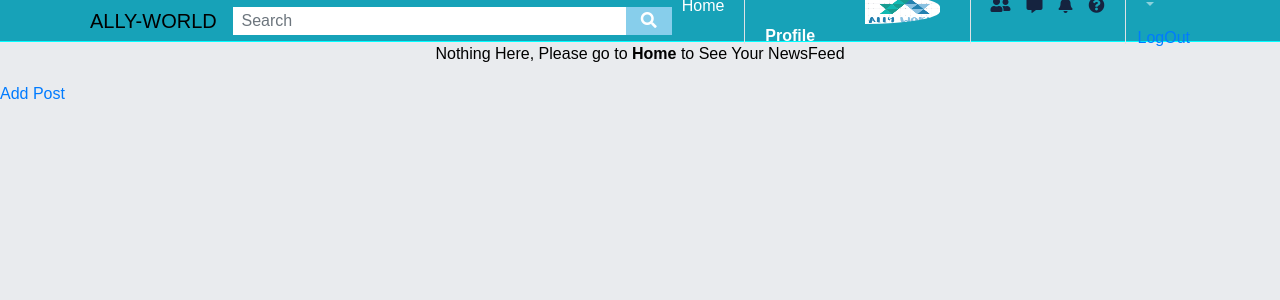
Repository: Mrudula666/allyworldexperimental
Page: http://localhost/website/WEB-INF/jsp/home.jsp
The author's editor kept a copy of each file at every save. The page is drawn from the files as they stood at one save, then again after the next save.
The browser window is 1280 px wide. The pictures show the whole page.
The page is served by Tomcat 9. Nobody is signed in. Other server files are loaded and not shown. The template is opened directly, without the code that normally fills it, so the values that code supplies are empty.

Above is the page before, as saved 2019-02-17 07:34:00.

### website/src/main/webapp/WEB-INF/jsp/home.jsp
<%@ page language="java" contentType="text/html; charset=ISO-8859-1"
    pageEncoding="ISO-8859-1"%>
<!doctype html>
<html lang="en">
  <head>
    <!-- Required meta tags -->
    <meta charset="utf-8">
    <meta name="viewport" content="width=device-width, initial-scale=1, shrink-to-fit=no">

    <!-- Bootstrap CSS -->
    <link rel="stylesheet" href="https://stackpath.bootstrapcdn.com/bootstrap/4.3.0/css/bootstrap.min.css" integrity="sha384-PDle/QlgIONtM1aqA2Qemk5gPOE7wFq8+Em+G/hmo5Iq0CCmYZLv3fVRDJ4MMwEA" crossorigin="anonymous">
      <link href="css/style.css" media="screen" rel="stylesheet">
      <link rel="stylesheet" href="https://use.fontawesome.com/releases/v5.7.1/css/all.css"
integrity="sha384-fnmOCqbTlWIlj8LyTjo7mOUStjsKC4pOpQbqyi7RrhN7udi9RwhKkMHpvLbHG9Sr" crossorigin="anonymous">
    <title>Hello, world!</title>
  </head>
  <body>

  <nav class="navbar navbar-expand-sm bg-info navbar-dark fb-nav">
<div class="wrapper">
<button class="navbar-toggler" type="button" data-toggle="collapse" data-target="#navbarsExampleDefault" aria-controls="navbarsExampleDefault" aria-expanded="false" aria-label="Toggle navigation">
<span class="navbar-toggler-icon"></span>
</button>

<div class="collapse navbar-collapse" id="navbarsExampleDefault">
<a class="navbar-brand" >ALLY-WORLD</a>
<form class="form-inline top-form">
<input class="form-control" type="text" placeholder="Search" aria-label="Search">
<button class="btn btn-secondary " type="submit"><i class="fas fa-search"> </i></button>
</form>
<ul class="navbar-nav ml-auto">
<li class="nav-item active">
<a class="nav-link" href="home">Home</a>
</li>
<span class="border-right"></span>
<li class="nav-item active">
<a class="nav-link" href="profile"><img src="../../../assets/img/ally.png" width="30" height="30"
style="border-radius: 50%" alt=""><strong>Profile</strong></a>
</li>
<span class="border-right"></span>
<li class="nav-item">
<a class="nav-link" href="#"><i class="fas fa-user-friends"></i></a>
</li>
<li class="nav-item">
<a class="nav-link" routerLink="https://localhost:8080"><i class="fas fa-comment-alt"></i></a>
</li>
<li class="nav-item">
<a class="nav-link" href="#"><i class="fas fa-bell"></i></a>
</li>
<li class="nav-item">
<a class="nav-link" href="#"><i class="fas fa-question-circle"></i></a>
</li>
<span class="border-right"></span>
<li class="nav-item dropdown">
<a class="nav-link dropdown-toggle" href="#" id="dropdown01" data-toggle="dropdown" aria-haspopup="true" aria-expanded="false"></a>
<div >
<a href="logout">LogOut</a>
</div>
</li>
</ul>
</div>
</div>
</nav>

<div class ="wrapper" >
</div>
<p align="center"> Nothing Here, Please go to <b> Home</b> to See Your NewsFeed</p>
<a href="addPost">Add Post</a>

  </body>
</html>

### website/src/main/resources/static/css/style.css
* {
    margin: 0;
}

@font-face {
    font-family: 'klavika';
    src: url(../fonts/klavika.otf) format('truetype')
}

@font-face {
    font-family: 'Helvetica';
    src: url(../fonts/Helvetica.otf) format('truetype')
}

body {
    font: 12px;
    color: #000;
    margin: 0px;
    max-width: 1440px;
    font-family: 'Helvetica';
}

header {
    height: 80px;
    background-color: #22569c;
}

.hd-main {
    display: grid;
    grid-template-columns: 60% 40%;
}


.logo-text {
    position: relative;
    font-size: 45px;
    color: #ffff;
    font-family: 'klavika';
    padding-left: 240px;
    top: 30%;

}

.login{
    display: grid;
    grid-template-columns: 80% 20%;
}

.login-1{
    display: grid;
    grid-template-columns: 40% 40% 20%;
}

.email.login {
   padding-right: 0px;
}

.login {
    padding-left: 0px;
}
.el-1 {
    font-size: 13px;
    color: #fff;
    padding-left: 0px;
    padding-top: 9px;
}

.sd-2 {
    font-size: 13px;
    width: 80%;
    color: #fff;
    padding-top: 9px;
}

.sd-2-2 {
    font-size: 13px;
    color: #95b5e1;
}

.submit-login {
    display: flex;
    align-items: center;
    justify-content: flex-start;

}

input[type=submit] {
    width: 60%;
    background-color: #1565C0;
    color: white;
    border: 1px solid black;
    border-radius: 4px;
    cursor: pointer;
}

input[type=text] {
    width: 95%;
    margin: 5px 0px 5px 0px;
    padding: 2%;
}

section {
    height: 620px;
    background-color: white;
    background-image: linear-gradient(white, rgb(211, 216, 232));

}
.main-body {
    display: grid;
    grid-template-columns: 10% 40% 45% 5%;
}

.desc {
    color: #1A4876;
    font-size: 20px;
    padding-left: 98px;
    padding-top: 45px;
    font-weight: bold;
    line-height: 29px;
}

img {
    width: 95%;
    padding-left: 100px;
}

.body-2 {
    padding-left: 120px;
}

.df {
    font-size: 36;
    font-weight: bold;
    padding-top: 30px;
}

.gt {
    font-size: 19px;
    padding-top: 6px;
    padding-bottom: 12px;
}

.fr-1 input[type=text] {
    width: 40%;
    margin: 5px 5px 10px 0px;
    padding: 2.5%;
    border-radius: 5px;
}

.fr-2 input[type=text] {
    width: 82%;
    padding: 2.5%;
    border-radius: 5px;
}


select {
    margin-top: 5px;
}
.date {
    width: 80px;
    height: 28px;
}

.month {
    width: 60px;
    height: 28px;
}

.year {
    width: 60px;
    height: 28px;
}

.lhr {
    font-size: 18px;
    padding-top: 10px;
}

.cb-bx {
    display: grid;
    grid-template-columns: 40% 60%;
    padding-top: 10px;
}

a {
    text-decoration: none;
}

a .rsn {
    font-size: 12px;
    color: #22569c;
    padding-left: 5px;
}

.action{
    font-size: 18px;
    padding-top: 15px;
    word-spacing: 2px;
}

.confirm {
    font-size: 11px;
    padding-top: 15px;
    color: #979797;
}

.sbmt input[type=submit] {
    width: 40%;
    height: 42px;
    background-color: green;
    color: white;
    border: 1px solid black;
    border-radius: 4px;
    cursor: pointer;
    margin-top: 20px;
    font-size: 17px;
    font-weight: bold;
}

.cls {
    font-size: 14px;
    padding-top: 20px;
    padding-left: 0px;
}

.ft-1 {
    width: 70%;
    margin-left: 17%;
    padding-bottom: 20px;
    padding-top: 20px;
    border-bottom: 1px solid #dedede;
}

.ft-1 a {
    padding-left: 0;
    padding-right: 8px;
    font-size: 12px;
    padding-top: 10px;
    text-decoration: none;
    color: #22569c;
}

.ft-2 {
    width: 70%;
    margin-left: 17%;
    padding-bottom: 20px;
    padding-top: 20px;
}

.ft-2 a {
    padding-left: 0px;
    padding-right: 40px;
    font-size: 12px;
    padding-top: 0px;
    text-decoration: none;
    color: #22569c;
}
html {
    overflow: hidden;
    height: 100%;
}
body {
   font-family: "Lucida", sans-serif;
   background-color: #e9ebee;
   height: 100%;
   overflow: auto;
   -webkit-user-select: none;
   -moz-user-select: none;
   -ms-user-select: none;
}
#topbar {
   z-index: 2;
   position: fixed;
   top: 0px;
   width: 100%; height: 42px;
   background-color: #3b5998;
   margin: auto;
   margin-bottom:50px;
}


#f {
   position: absolute;
   top: 7px;
   margin-left:5px;
   border-radius: 4px;
   width: 25px; height: 26px;
   background-color: #ffffff;
   color: #3b5998;
   font-size: 2em; font-style: bold;
   text-align: center;
   overflow: hidden;
}
#search {
   position: absolute;
   top: 7px;
   padding-top:7px; padding-left: 10px;
   margin-left: 35px;
   border-radius: 4px;
   width: 400px; height: 19px;
   background-color: #ffffff;
   font-size:.85em;

}
#search p{
   color: #999999;
   transition: 3s ease-in-out;
}
#search p:hover{
   color: white;
   transition: 3s ease-in-out;
}
.leftcol {
   position: fixed;
   top: 50px;
   height: 100%;
   font-size: .75em;
}

.leftcol a {
   color: black;
}
.leftcol img {
   padding-right: 5px;
   border: 0px;
}
.leftcol p{
   color: #6a6a6a;
   padding-top: 15px;
   font-size: .95em;
}
.leftcol li {
   padding: 5px;
   transition: .25s ease-in-out;
}
.leftcol li:hover {
   background-color: #dddfe2;
   border-radius: 4px;
   transition: .25s ease-in-out;
}
.woym {
   position: relative;
   top: 10px;
   margin-left: 150px;
   margin-top: 40px;
   padding-top: 10px;
   width: 565px;
   height: 145px;
   font-size:.85em;
   background-color: white;
   border: .25px solid #ccc;
   border-radius: 4px;
}
.woym a {
   padding-left: 12px;
   font-weight: bold;
   color: #3b5998;
}
.woym a:hover {
   color: #2f4562;
}
.woym hr {
   border: 0px;
   background-color: #d0d0d0;
   height: 1px;
}
.woym p {
   padding: 30px 0 30px 12px;
   color: #999999;
   transition: 3s ease-in-out;
}
.woym p:hover{
   color: white;
   transition: 3s ease-in-out;
}
.woym img{
   float: left;
   margin: 12px 12px;
   border: .10px solid #cccccc;
}
#groupwoym {
   margin-top: 10px;
}
#postbtn {
   position: absolute;
   right: 5px;
   border: none;
   border-radius: 4px;
   height: 22px; width: 50px;
   background-color: #3b5998;
   outline: none;
   font-size: .95em;
   color: white;
}
#postbtn:hover {
   background-color: #4060a4;
   box-shadow: 0px 0px 5px #273a62 inset;
   transition: linear .25s;
   cursor: pointer;
}
#postbtn:active {
   background-color: #30487b;
   transition: linear .25s;
   cursor: pointer;
}
#okbtn {
   position: absolute;
   right: 10px; bottom:40px;
   border: none;
   border-radius: 4px;
   height: 22px; width: 50px;
   background-color: #3b5998;
   outline: none;
   font-size: .95em;
   color: white;
}
#okbtn:hover {
   background-color: #4060a4;
   box-shadow: 0px 0px 5px #273a62 inset;
   transition: linear .25s;
   cursor: pointer;
}
#okbtn:active {
   background-color: #30487b;
   transition: linear .2s;
}
.errormodal {
   position: fixed;
   left: 0; top: 0;
   display: none;
   z-index: 20;
   width: 100%;
   height: 100%;
   overflow: auto;
   background-color: rgba(0,0,0,0.25);
}
.error-content {
   position: relative;
   background-color: #3b5998;
   margin: auto;
   margin-top: 150px;
   border: 1px solid #888;
   border-radius: 4px;
   width: 400px; height: 175px;
   overflow: hidden;
   box-shadow: 0px 0px 5px #666;
   font-size: .85em;
}
.error-content h1 {
   position: absolute;
   top: 10px; left: 10px;
   color: white;
   font-weight: bold;
}
#nouser {
   position: absolute;
   top: 30px;
   width: 100%; height: 175px;
   background-color: #e5e7e7;
}
#nouser h2 {
   background-color: white;
   height: 60px;
   padding-top: 45px;
   border-bottom: 1px solid #888;
   font-weight: normal;
   text-align: center;
}
.close {
    color: #afbdd4;
    position: absolute;
    top: 5px; right: 10px;
    font-size: 20px;
}
.close:hover, .close:focus {
   color: white;
   cursor: pointer;
   transition: linear .2s;
}

.post {
   position: relative;
   width:565px;
   margin-left: 150px;
   margin-top: 20px;
   font-size:.85em;
   background-color: white;
   border: .25px solid #ccc;
   border-radius: 4px;
}
.postbody {
   position: relative;
   height: 100px; width: 545px;
   background-color: white;
   border-radius: 4px;
}
.post a {
   position: absolute;
   top: 15px; left: 80px;
   font-weight: bold;
   color: #3b5998;
}
.post h1 {
   margin-top: 40px;
   margin-left: 80px;
   font-size:.8em;
   color: #999999;

}
.post h2{
   margin: 20px 10px 0 10px;
   font-weight: normal;
   color: white;
   transition:3s ease-in-out;
}
.post h2:hover{
   color: black;
   transition: 3s ease-in-out;
}
.post p {
   margin: 10px 20px 20px 15px;
   color: #999999;
}
.post img {
   border: .25px solid #ccc;
   position: absolute;
   top: 10px; left: 18px;
}
#imgpost {
   margin:auto;
   height: 445px; width: 545px;
}

#imgpost img{
   position: absolute;
   left: 10px; top: 0px;
}

#grouppost{
   position: relative;
   top: 270px;
   height: 180px;
   margin-left: 150px;
   margin-top: 10px;
   padding-top: 10px;
   width:565px;
   font-size:.85em;
   background-color: white;
   border: .25px solid #ccc;
   border-radius: 4px;
}
#grouppost h1{
   margin-top: 32px;
   margin-left: 75px;
   font-weight: normal;
}
#grouppost h2{
   margin-top: 25px;
   margin-left: 75px;
   font-weight: normal;
}
#grouppost img {
   border: .25px solid #ccc;
   position: absolute;
   top: 7px; left: 7px;
}
#comment {
   position: absolute;
   bottom: 10px; left: 10px;
   border: .25px solid #ccc;
   width: 545px; height: 60px;
   background-color: #f6f7f9;
   border-radius: 2px;
   overflow: hidden;
}
#comment img{
   border: .25px solid #ccc;
   position: absolute;
   top:7px; left: 7px;
}
#comment p {
   padding: 14px 0 0 10px;
   margin-left: 70px;
   background-color: white;
   height: 26px;
   width: 450px;
   border: .25px solid #ccc;
   border-radius: 2px;
   color: #999999;
   transition: 3s ease-in-out;
}
#comment p:hover {
   color: white;
   transition: 3s ease-in-out;
}
#openchat {
   position: fixed;
   bottom:0px; right:8px;
   background-color: #f6f7f9;
   border: .25px solid #ccc;
   border-bottom: 0px;
   z-index: 10;
   border-top-right-radius: 3px;
   border-top-left-radius: 3px;
   padding: 2px 2px 8px 0;
   width: 190px; height: 20px;
}
#openchat button{
   border: 0px;
   background-color: transparent;
   outline: none;
   font-weight: bold;
}
#openchat:hover {
   background-color: #fbfcfe;
   box-shadow: 0px -2px 5px #d1d2d4 inset;
   transition: .5s;
}
#openchat:active {
   background-color: #e9ebee;
   box-shadow: 0px -2px 5px #d1d2d4 inset;
   transition: .5s;
}
#greendot {
   color: green;
   font-size: 1.5em;
}
.chatmodal {
   position: fixed;
   left: 0; top: 0;
   display: none;
   z-index: 20;
   width: 100%;
   height: 100%;
   overflow: auto;
}
.chat-content {
   position: absolute;
   bottom: 0px; right: 5px;
   background-color: white;
   margin-top: 100px;
   border: .25px solid #d0d0d0;
   border-bottom: 0px;
   border-top-left-radius: 4px;
   border-top-right-radius: 4px;
   width: 200px; height: 260px;
   overflow: hidden;
   box-shadow: 0px 0px 10px #666;
}
.chat-content a{
   color: black;
}
#closechat {
   width: 100%;
   height: 23px;
   background-color: #3b5998;
   color: white;
}
#closechat p{
   padding: 5px;
   font-size: .85em;
}
#closechat:hover {
   background-color: #4060a4;
   box-shadow: 0px 0px 5px #273a62 inset;
   transition: linear .25s;
   cursor: pointer;
}
#closechat:active {
   background-color: #30487b;
   transition: linear .25s;
   cursor: pointer;
}
.chat-content button {
   float: right;
   border: 0px;
   background-color: transparent;
   outline: none;
   color: white;
   font-size: 1em;
}
#chatuser{
   position: relative;
   width: 100%;
   padding: 4px 0 2px 4px;
}
#chatuser a{
   position: absolute;
   top: 13px; left: 45px;
   font-size: .85em;
}
#chatuser span {
   position: absolute;
   top: 7px; right: 10px;
}
#chatuser img {
   border: .10px solid #cccccc;
}
#searchchat {
   width: 100%;
   height: 100%;
   border-top: 1px solid #cccccc;
   font-size: .85em;
   padding: 8px 5px;
}
#searchchat i{
   font-size: .95em;
   margin-right: 5px;
}
#searchchat p{
   color: #999999;
   transition: 3s ease-in-out;
}
 #searchchat p:hover {
    color: white;
   transition: 3s ease-in-out;
}

#maincontent {
   position: relative;
   width: 1000px;
   height: 100%;
   margin: auto;
}
#mainprofilecontent {
   position: relative;
   width: 80%;
   height: 100%;
   margin: auto;
}
#coverphoto{
   width:100%;
   margin: auto;
   height: 322px;
   background: (top, rgb(233,235,238) 0%, rgb(196,204,221) 100%);
   background: -webkit-linear-gradient(top, rgb(233,235,238) 0%,rgb(196,204,221) 100%);
   background: linear-gradient(to bottom, rgb(233,235,238) 0%,rgb(196,204,221) 100%);
   overflow: hidden;

}
#coverphoto img{
   z-index: 1;
   position: absolute;
   top: 150px; left: 25px;
   border: 4px solid white;
   border-radius: 4px;
   box-shadow: 0px 0px 2px #666;
}
#coverphoto h1{
   z-index: 1;
   position: absolute;
   top: 230px; left: 190px;
   font-size: 1.75em;
   color: white;
   text-shadow: 0px 0px 2px #666;
}
#coverbottom {
   z-index: 0;
   position: absolute;
   top: 277px; left:0;
   width: 100%; height:45px;
   background-color: white;
}
#groupcover{
   position: relative;
   top:10px; left: 150px;
   height: 250px;
   width: 839px;
   background: (top, rgb(233,235,238) 0%, rgb(196,204,221) 100%);
   background: -webkit-linear-gradient(top, rgb(233,235,238) 0%,rgb(196,204,221) 100%);
   background: linear-gradient(to bottom, rgb(233,235,238) 0%,rgb(196,204,221) 100%);
}
#groupcover img{
   position: absolute;
   top: 160px; left: 10px;
   border: 5px solid white;
   border-radius: 4px;
}
#groupcover h1{
   position: absolute;
   top: 280px; left: 180px;
   font-size: 1.75dsem;
   color: white;
   text-shadow:
}
#profilepost{
   white-space: nowrap;
   position: absolute;
   right: 0px;
   margin-top: 10px;
   width: 68%;
   height: 175px;
   font-size:.85em;
   background-color: white;
   border: .25px solid #ccc;
   border-radius: 4px;
}
#profilepost button{
   position: absolute;
   bottom: 7px; right: 7px;
}
#profilepost a:hover {
   color: #2f4562;
   transition: .25s ease-in-out;
}
#profileposthead {
   padding: 10px 5px;
   height: 20px;
   background-color: #f6f7f9;
   border-top-left-radius: 4px;
   border-top-right-radius: 4px;
   border-bottom: 1px solid #cccccc;
   overflow: hidden;
}
#profileposthead a{
   padding: 0 20px 0 0;
   font-weight: bold;
   color: #3b5998;
}
#profilepostbody {
   height: 97px; width: 100%;
   background-color: white;
   border-bottom: 1px solid #cccccc;
}
#profilepostbody img{
   position: absolute;
   top: 65px; left: 10px;
   border: .10px solid #cccccc;
}
#profilepostbody p{
   position: absolute;
   top: 80px; left: 70px;
   color: #999999;
   transition: 3s ease-in-out;
}
#profilepostbody p:hover{
   color: white;
   transition: 3s ease-in-out;
}

.profileinfo {
   position: absolute;
   top:0px; left:0px;
   margin-top:332px;
   width: 30%;
   background-color: white;
   border: .25px solid #cccccc;
   border-radius: 4px;
   font-size: .95em;
   overflow: hidden;
}
.profileinfo img{
   padding-left: 10px; padding-top: 10px;
   display: inline-block;
}
.profileinfo h1{
   color: #4b4f56;
   position: absolute;
   top:15px; left: 45px;
   display: inline-block;
}
.profileinfo p{
   position: absolute;
   top:18px; left: 100px;
   color: #999999;
   display: inline-block;
   font-size: .9em;
}
.profileinfo i{
   color: #a6aab3;
   font-size: 1em;
   padding: 11px 12px 0 12px;
}
.profileinfo li{
   color: black;
   font-size: .85em;
}
.profileinfo a{
   color: #3b5998;
}
#profileintro{
   white-space: nowrap;
   height: 100px;
}
#profilephotos{
   top: 110px;
   height: 300px;
}
#profilefriends {
   top: 420px;
   height: 300px;
}
#profileinfocontents {
   margin: 0 auto;
   margin-top: 10px;
   height: 240px; width:90%;
   border: .25px solid #cccccc;
   overflow: hidden;
}
#profileinfocontents img{
   width: 90%;
}
#profileinfocontents:hover{
   cursor: wait;
}
.rightcol {
   position: absolute;
   top: 10px; right: 10px;
   width: 260px;
   height: 920px;
   background-color: white;
   border: 1px solid #cccccc;
   border-radius: 4px;
   font-size: .75em;
   overflow: scroll;
}
#eventinvites{
   color:#385996;
   font-weight: bold;
   position: absolute;
   top: 15px; left: 50px;
}
.rightcol a{
   color:#385996;
   font-weight: bold;
   padding: 2px 0px 5px 0px;
}
.rightcol li{
   color:#5b93fc;
   padding: 2px 10px;
}
.rightcol i{
   font-size:1.5em;
   color:#5b93fc;
   padding: 2px 10px;
}
.rightcol img{
   margin: 10px;
}
.rightcol h1{
   color: #999999;
}
.rightcol h2{
   color:#385996;
}
.rightcol p{
   padding: 2px 0px 5px 40px;
   color: #999999;
}
.rightcol hr {
   border: 0px;
   background-color: #d0d0d0;
   height: 1px;
   width:240px;
   margin: 5px auto;
}
#grouprightcol {
   position: absolute;
   top: 270px; right: 10px;
   width: 260px;
   height: 760px;
   background-color: white;
   border: 1px solid #cccccc;
   border-radius: 4px;
   font-size: .75em;
   overflow: scroll;
}
.fb-nav {
height: 42px !important;
background-color: aquamarine;
border-bottom: 1px solid aqua;
}

.fb-nav a {
color: rgb(red, green, blue);
}

.top-form input[type="text"] {
width: 393px;
height: 28px;
border: none;
border-radius: 0;
outline: none;

}

.top-form input[type="text"] :focus {
border-color: transparent;
}

.top-form button {
width: 46px;
height: 28px;
border: none;
border-radius: 0;
outline: none;
background-color: skyblue;
padding: 0;
}

.border-right {
border-right: 0.5px solid #15233f;
margin: 12px;
}

.collapse ul li a i {
color: #15233f;
}

.wrapper {
width: 1100px ;
margin: 0 auto;
}

@media(max-width:994px){
.top-form input[type="text"]{
width: auto;
}
.fb-nav, .wrapper {
min-width: 994px;
}
}

After the next save:
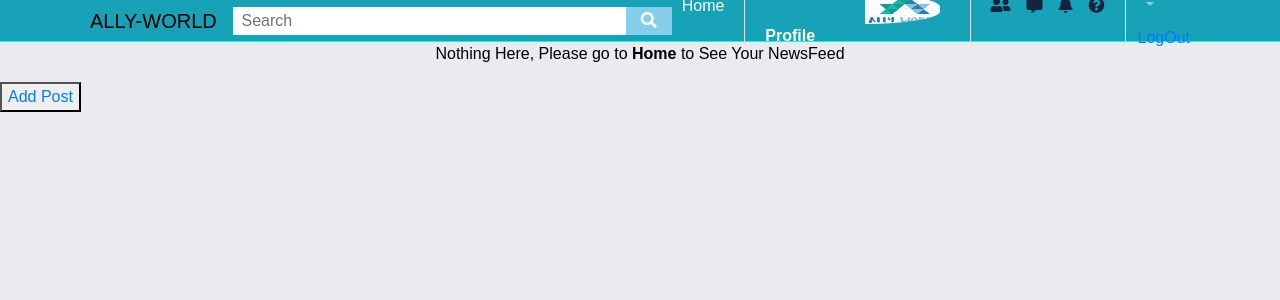
Saved 25 s later.
--- a/website/src/main/webapp/WEB-INF/jsp/home.jsp
+++ b/website/src/main/webapp/WEB-INF/jsp/home.jsp
@@ -65,7 +65,7 @@
 <div class ="wrapper" >
 </div>
 <p align="center"> Nothing Here, Please go to <b> Home</b> to See Your NewsFeed</p>
-<a href="addPost">Add Post</a>
+<button><a href="addPost">Add Post</a></button>
 
   </body>
 </html>

After the save that followed:
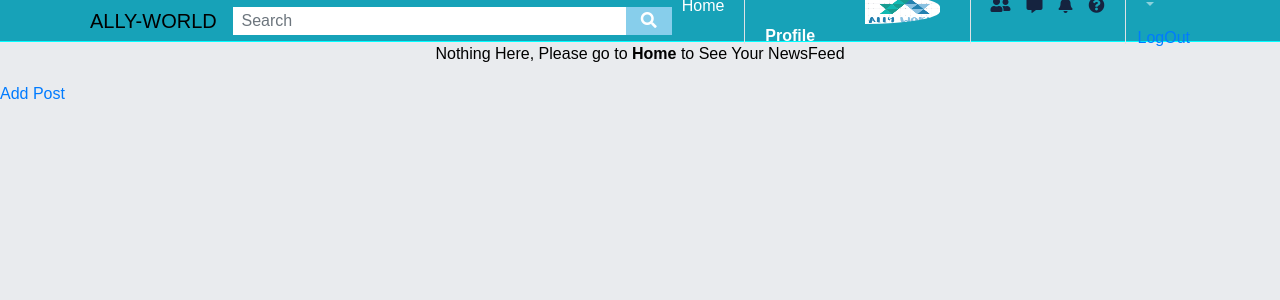
Saved 12 s later.
--- a/website/src/main/webapp/WEB-INF/jsp/home.jsp
+++ b/website/src/main/webapp/WEB-INF/jsp/home.jsp
@@ -65,7 +65,7 @@
 <div class ="wrapper" >
 </div>
 <p align="center"> Nothing Here, Please go to <b> Home</b> to See Your NewsFeed</p>
-<button><a href="addPost">Add Post</a></button>
+<a href="addPost">Add Post</a>
 
   </body>
 </html>
